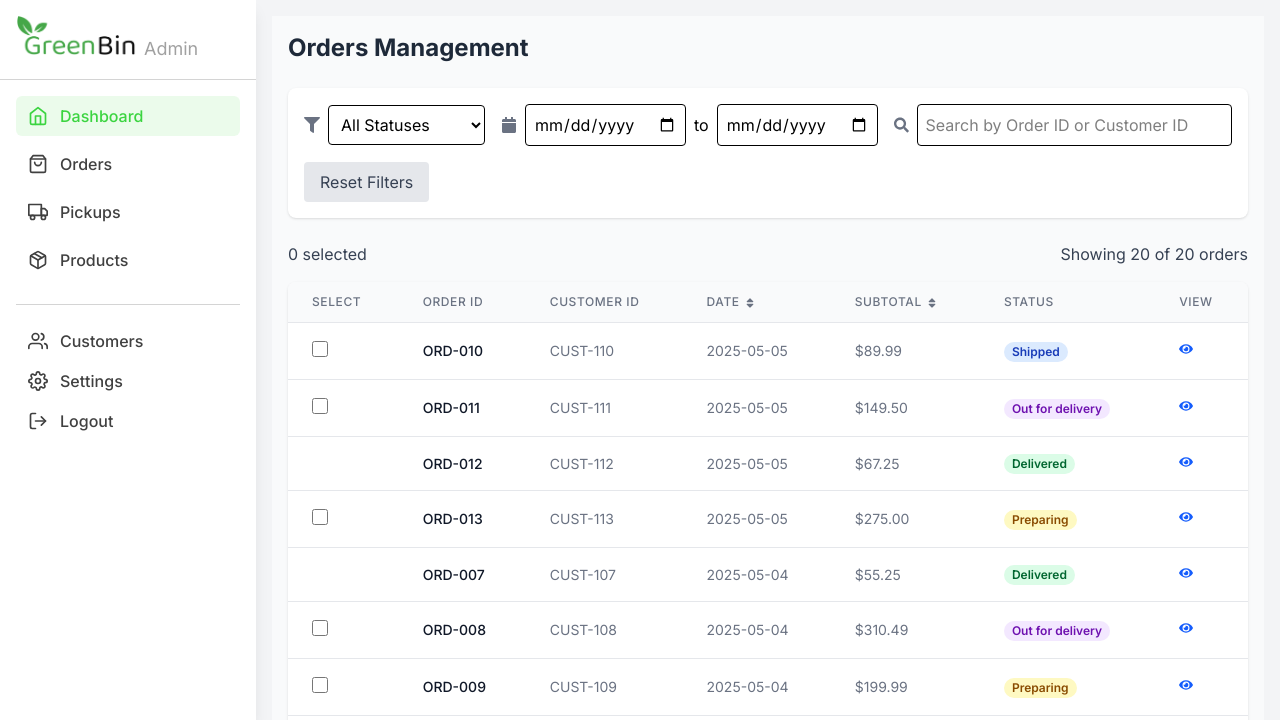
Repository: Siddhu123456/Plastic-Waste-Management
Page: /allorders (app in frontend/)
These files come from the project's save history. The page is drawn as it stood at one moment and after the next save; the edit follows.
The browser window is 1280 px wide. The pictures show the whole page.
An inner scrolling area shows only its first screen. The project was rebuilt for these pictures with package versions that can differ from the ones it lists, and the page was loaded fresh each time. Also part of the build but not shown: frontend/vite.config.js, frontend/src/components/ProductCard.jsx, frontend/src/components/TrendingProductsCarousel.jsx, frontend/src/pages/Home.jsx, frontend/src/components/FilterBar.jsx, frontend/src/components/Loader.jsx, frontend/src/pages/customer/Shop.jsx, frontend/src/pages/customer/Recycle.jsx and 23 more. Imported but missing from the stored project, and not drawn on this page: frontend/src/pages/Help, frontend/src/pages/customer/WishList.

Above is the page before, as saved 2025-05-07 00:13:41.

After the next save:
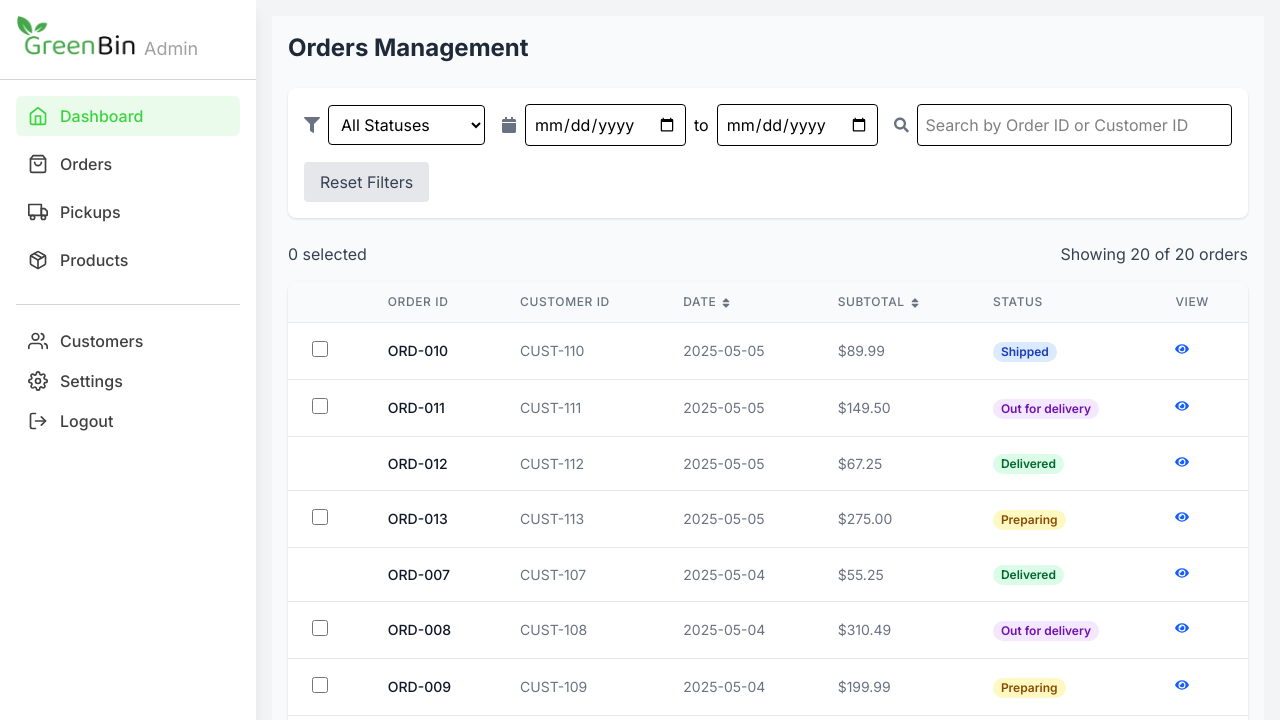
Saved 114 s later.
--- a/frontend/src/pages/admin/Orders.jsx
+++ b/frontend/src/pages/admin/Orders.jsx
@@ -231,7 +231,7 @@ export default function OrdersPage() {
           <thead className="bg-gray-50">
             <tr>
               <th className="px-6 py-3 text-left text-xs font-medium text-gray-500 uppercase tracking-wider">
-                Select
+
               </th>
               <th className="px-6 py-3 text-left text-xs font-medium text-gray-500 uppercase tracking-wider">
                 Order ID
